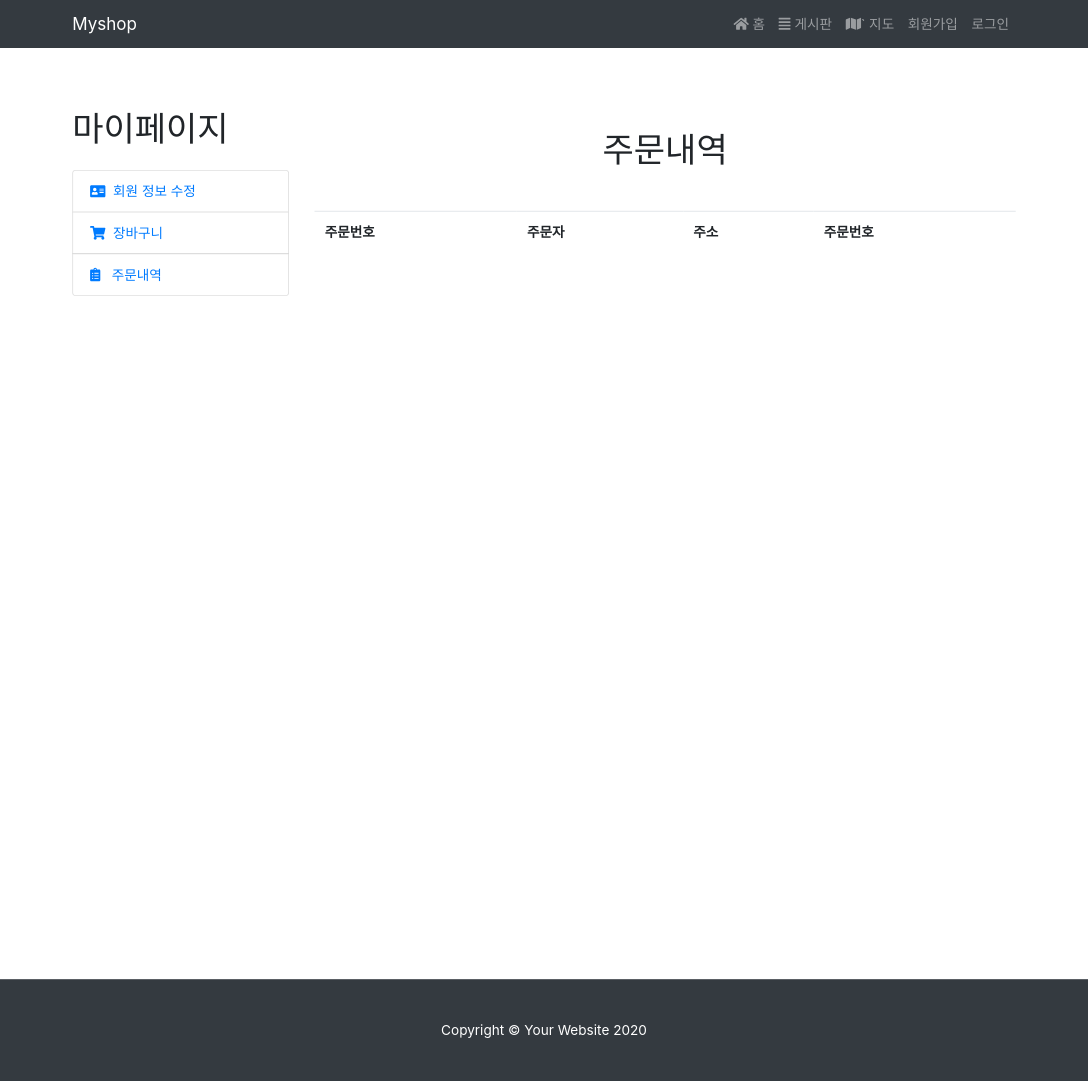
Repository: KimBiYam/ShoppingMallProject
Page: http://localhost/MyShop/WEB-INF/views/product/orderlist.jsp
These files come from the project's save history. The page is drawn as it stood at one moment and after the next save; the edit follows.
The browser window is 1280 px wide. The pictures show the whole page, at 85% of full size.
Some web libraries are served in a nearby version. The page is served by Tomcat 9. Nobody is signed in. Other server files are loaded and not shown. The template is opened directly, without the code that normally fills it, so the values that code supplies are empty.

Above is the page before, as saved 2020-04-23 06:21:23.

### MyShop/src/main/webapp/WEB-INF/views/product/orderlist.jsp
<%@ page language="java" contentType="text/html; charset=UTF-8"
	pageEncoding="UTF-8"%>
<%@taglib prefix="c" uri="http://java.sun.com/jsp/jstl/core"%>
<%@taglib prefix="sec" uri="http://www.springframework.org/security/tags"%>
<!DOCTYPE html>
<html lang="en">
<head>
<meta charset="utf-8">
<meta name="viewport"
	content="width=device-width, initial-scale=1, shrink-to-fit=no">
<meta name="description" content="">
<meta name="author" content="">

<title>주문내역</title>
</head>
<body>
	<jsp:include page="../includes/header.jsp" />
	<jsp:include page="../includes/usersidebar.jsp" />
	<div class="col-lg-9">
		<h1 class="my-5 text-center">주문내역</h1>
		<table class="table">
			<tr>
				<th>주문번호</th>
				<th>주문자</th>
				<th>주소</th>
				<th>주문번호</th>
			</tr>
		</table>
	</div>
	<!-- /.col-lg-9 -->
	</div>
	<!-- /.row -->
	</div>
	<!-- /.container -->
	<jsp:include page="../includes/footer.jsp"></jsp:include>

<script type="text/javascript">
</script>
</body>

</html>

### MyShop/src/main/webapp/WEB-INF/views/includes/header.jsp
<%@ page language="java" contentType="text/html; charset=UTF-8"
	pageEncoding="UTF-8"%>
<%@taglib prefix="sec"
	uri="http://www.springframework.org/security/tags"%>
<%@taglib prefix="c" uri="http://java.sun.com/jsp/jstl/core"%>
<!DOCTYPE html>
<!-- Bootstrap core CSS -->
<link href="/myshop/resources/vendor/bootstrap/css/bootstrap.min.css"
	rel="stylesheet">
<!-- Custom styles for this template -->
<link href="/myshop/resources/css/shop-homepage.css" rel="stylesheet">
<!-- Bootstrap core JavaScript -->
<script src="/myshop/resources/vendor/jquery/jquery.min.js"></script>
<script
	src="/myshop/resources/vendor/bootstrap/js/bootstrap.bundle.min.js"></script>
<script
	src="https://t1.daumcdn.net/mapjsapi/bundle/postcode/prod/postcode.v2.js"></script>
<script src="/myshop/resources/js/member.js"></script>
<script
	src="https://cdnjs.cloudflare.com/ajax/libs/font-awesome/5.11.2/js/all.min.js"
	crossorigin="anonymous"></script>

<!-- Navigation -->
<nav class="navbar navbar-expand-lg navbar-dark bg-dark fixed-top">
	<div class="container">
		<a class="navbar-brand" href="/myshop">Myshop</a>
		<button class="navbar-toggler" type="button" data-toggle="collapse"
			data-target="#navbarResponsive" aria-controls="navbarResponsive"
			aria-expanded="false" aria-label="Toggle navigation">
			<span class="navbar-toggler-icon"></span>
		</button>
		<div class="collapse navbar-collapse" id="navbarResponsive">
			<ul class="navbar-nav ml-auto">
				<li class="nav-item"><a class="nav-link" href="/myshop"><i
						class="fas fa-home"></i> 홈 </a></li>
				<li class="nav-item"><a class="nav-link"
					href="/myshop/board/list"><i class="fas fa-align-justify"></i>
						게시판</a></li>
				<li class="nav-item"><a class="nav-link" href="/myshop/map"><i
						class="fa fa-map"></i>` 지도</a></li>
				<sec:authorize access="isAnonymous()">
					<li class="nav-item"><a class="nav-link"
						href="javascript:join()">회원가입</a></li>
					<li class="nav-item"><a class="nav-link"
						href="javascript:login()">로그인</a></li>
				</sec:authorize>
				<sec:authorize access="isAuthenticated()">
					<sec:authorize access='hasRole("ROLE_USER")'>
						<li class="nav-item"><a class="nav-link"
							href="/myshop/user/update"><i class="far fa-address-book"></i>
								마이 페이지</a></li>
						<li class="nav-item"><a
							href="/myshop/product/cart?userid=<sec:authentication property="principal.username"/>"
							class="nav-link"><i class="fas fa-shopping-cart"></i> 장바구니</a></li>
						<li class="nav-item"><a class="nav-link"
							href="/myshop/product/order/list?userid=<sec:authentication property="principal.username"/>"><i
								class="fas fa-clipboard-list"></i> 주문 내역</a></li>
					</sec:authorize>
					<sec:authorize access='hasRole("ROLE_ADMIN")'>
						<li class="nav-item"><a class="nav-link"
							href="/myshop/admin/list"><i class="fas fa-address-card"></i>
								회원 관리</a></li>
						<li class="nav-item"><a class="nav-link"
							href="/myshop/product/category/list"><i class="fas fa-tags"></i>
								카테고리 관리</a></li>
						<li class="nav-item"><a class="nav-link"
							href="/myshop/product/order/admin/list"><i
								class="fas fa-clipboard-list"></i> 주문 관리</a></li>
						<li class="nav-item"><a class="nav-link"
							href="/myshop/product/register"><i
								class="fas fa-balance-scale"></i> 상품 등록</a></li>
					</sec:authorize>
					<li class="nav-item">
						<form id="logoutForm" action="/myshop/logout" method="post">
							<input type="hidden" name="${_csrf.parameterName }"
								value="${_csrf.token }">
						</form> <a class="nav-link" href="javascript:logout()">로그아웃</a>
					</li>
				</sec:authorize>
			</ul>
		</div>
	</div>
</nav>
<!-- #joinModal -->
<div class="modal fade" id="joinModal" tabindex="-1" role="dialog"
	aria-labelledby="myModalLabel" aria-hidden="true">
	<div class="modal-dialog">
		<div class="modal-content">
			<div
				class="modal-header justify-content-center font-weight-light my-4">
				<h3 class="modal-title" id="myModalLabel">회원가입</h3>
			</div>
			<div class="modal-body">
				<form id="joinForm" action="/myshop/user/join" method="post">
					<input type="hidden" name="${_csrf.parameterName }"
						value="${_csrf.token }"> <input type="hidden" name="addr"
						id="addr"> <input type="hidden" name="idcheck"
						id="idcheck" value="0">
					<div class="form-group">
						<label class="small mb-1" for="joinid">ID</label>
						<div class="input-group">
							<input class="form-control input-group-prepend joinInput"
								name="userid" id="joinid" type="text" placeholder="아이디를 입력하세요" />
							<button type="button" id="idcheckBtn"
								class="btn btn-outline-info input-group-append">중복체크</button>
						</div>
					</div>
					<div class="form-group">
						<label class="small mb-1" for="joinpw">Password</label> <input
							class="form-control joinInput" name="userpw" id="joinpw"
							type="password" placeholder="패스워드를 입력하세요" />
					</div>
					<div class="form-group">
						<label class="small mb-1" for="userpw">Password 확인</label> <input
							class="form-control joinInput" id="pwdcheck" type="password"
							placeholder="패스워드를 입력하세요" />
					</div>
					<div class="form-group">
						<label class="small mb-1" for="username">이름</label> <input
							class="form-control joinInput" name="username" id="username"
							type="text" placeholder="이름을 입력하세요" />
					</div>
					<div class="form-group">
						<label class="small mb-1" for="tel">휴대전화</label> <input
							class="form-control joinInput" name="tel" id="tel" type="tel"
							maxlength="13" placeholder="전화번호를 입력하세요" />
					</div>
					<div class="form-group">
						<label class="small mb-1" for="email">이메일</label> <input
							class="form-control joinInput" name="email" id="email"
							type="email" placeholder="이메일을 입력하세요" />
					</div>
					<div class="form-group">
						<label class="small mb-1">우편번호</label> <input
							class="form-control joinInput" style="width: 30%" type="text"
							name="zipcode" id="zipcode" readonly="readonly">
					</div>
					<div class="form-group">
						<label class="small mb-1">주소</label>
						<div class="input-group">
							<input class="form-control input-group-prepend joinInput"
								type="text" id="addrView" readonly="readonly">
							<button type="button" id="addrBtn"
								class="btn btn-outline-primary input-group-apeend">주소
								검색</button>
						</div>
					</div>
					<div class="form-group">
						<label class="small mb-1" for="addrDetail">상세주소</label> <input
							class="form-control joinInput" name="addrDetail" id="addrDetail"
							type="text" placeholder="상세주소를 입력하세요" />
					</div>
					<div class="form-group">
						<label class="small mb-1" for="role">관리자 코드</label> <input
							class="form-control joinInput" name="admincode" id="admincode"
							type="text" placeholder="관리자가 되려면 코드를 입력하세요" />
					</div>
					<div class="form-group mt-4 mb-0">
						<button type="button" class="btn btn-primary float-right"
							id="joinBtn">회원가입</button>
					</div>
				</form>
			</div>
		</div>
		<!-- /.modal-content -->
	</div>
	<!-- /.modal-dialog -->
</div>
<!-- /#joinModal -->
<!-- #loginModal -->
<div class="modal fade" id="loginModal" tabindex="-1" role="dialog"
	aria-labelledby="myModalLabel" aria-hidden="true">
	<div class="modal-dialog">
		<div class="modal-content">
			<div
				class="modal-header justify-content-center font-weight-light my-4">
				<h3 class="modal-title" id="myModalLabel">로그인</h3>
			</div>
			<div class="modal-body">
				<form id="loginForm" action="/myshop/login" method="post">
					<input type="hidden" name="${_csrf.parameterName }"
						value="${_csrf.token }">
					<div class="form-group">
						<label class="small mb-1" for="userid">ID</label>
						<div class="input-group">
							<input class="form-control input-group-prepend" name="username"
								id="loginid" type="text" placeholder="아이디를 입력하세요" />
						</div>
					</div>
					<div class="form-group">
						<label class="small mb-1" for="userpw">Password</label> <input
							class="form-control" name="password" id="loginpw" type="password"
							placeholder="패스워드를 입력하세요" />
					</div>
					<div class="form-group">
						<div class="custom-control custom-checkbox">
							<input class="custom-control-input" name="remember-me"
								id="remember-me" type="checkbox" /> <label
								class="custom-control-label" for="remember-me">자동 로그인</label>
						</div>
					</div>
					<div class="form-group mt-4 mb-0">
						<button type="button" class="btn btn-primary float-right" id="loginBtn">로그인</button>
					</div>
				</form>
				<!-- 네이버 로그인 창 -->
				<div id="naver_id_login float-left" style="text-align: center">
					<a class="float-left" href="${url }"> <img width="223" src="/myshop/resources/img/login.PNG" /></a>
				</div>
			</div>
		</div>
		<!-- /.modal-content -->
	</div>
	<!-- /.modal-dialog -->
</div>
<!-- /#loginModal -->

### MyShop/src/main/webapp/WEB-INF/views/includes/usersidebar.jsp
<%@ page language="java" contentType="text/html; charset=UTF-8"
    pageEncoding="UTF-8"%>
<%@taglib prefix="sec" uri="http://www.springframework.org/security/tags" %>
  <!-- Page Content -->
  <div class="container my-5" style="min-height: 1000px">
    <div class="row">
      <div class="col-lg-3">
        <h1 class="my-4">마이페이지</h1>
        <div class="list-group">
          <a href="/myshop/user/update" class="list-group-item"><i class="fas fa-address-card"></i>&nbsp;&nbsp;회원 정보 수정</a>
          <a href="/myshop/product/cart?userid=<sec:authentication property="principal.username"/>" class="list-group-item"><i class="fas fa-shopping-cart"></i>&nbsp;&nbsp;장바구니</a>
          <a href="/myshop/product/order/list?userid=<sec:authentication property="principal.username"/>" class="list-group-item"><i class="fas fa-clipboard-list"></i>&nbsp;&nbsp;&nbsp;주문내역</a>
        </div>
      </div>
      <!-- /.col-lg-3 -->

### MyShop/src/main/webapp/WEB-INF/views/includes/footer.jsp
<%@ page language="java" contentType="text/html; charset=UTF-8"
    pageEncoding="UTF-8"%>
<!DOCTYPE html>
  <!-- Footer -->
  <footer class="py-5 bg-dark">
    <div class="container">
      <p class="m-0 text-center text-white">Copyright &copy; Your Website 2020</p>
    </div>
    <!-- /.container -->
  </footer>

### MyShop/src/main/webapp/resources/js/member.js
//회원가입 폼
function join() {
	$(".joinInput").val("");
	$("#joinModal").modal("show");
	$("#joinid").removeAttr("readonly");
	$("#idcheck").val("0");
}
//로그인 폼
function login() {
	$("#loginid").val("");
	$("#loginpw").val("");
	$("#loginModal").modal("show");
}
//로그아웃 버튼
function logout(){
	alert("로그아웃 되었습니다");
	$("#logoutForm").submit();
}

$(function() {
//	이메일 정규식
var regemail=/^[-A-Za-z0-9_]+[-A-Za-z0-9_.]*[@]{1}[-A-Za-z0-9_]+[-A-Za-z0-9_.]*[.]{1}[A-Za-z]{1,5}$/;
var regtel = /^(01[016789]{1}|02|0[3-9]{1}[0-9]{1})-?[0-9]{3,4}-?[0-9]{4}$/;

//	아이디 한글 입력 방지
	$("#joinid").on("blur keyup",function(){
		$(this).val($(this).val().replace(/[ㄱ-ㅎ|ㅏ-ㅣ|가-힣]/g,''));
	})
	$("#loginid").on("blur keyup",function(){
		$(this).val($(this).val().replace(/[ㄱ-ㅎ|ㅏ-ㅣ|가-힣]/g,''));
	})
//	전화번호 자동 하이픈
	$('#tel').keydown(function(event) {
	    var key = event.charCode || event.keyCode || 0;
	    $text = $(this);
	    if (key !== 8 && key !== 9) {
	        if ($text.val().length === 3) {
	            $text.val($text.val() + '-');
	        }
	        if ($text.val().length === 8) {
	            $text.val($text.val() + '-');
	        }
	    }

	    return (key == 8 || key == 9 || key == 46 || (key >= 48 && key <= 57) || (key >= 96 && key <= 105));
	});

//	이름 한글만 입력
	$("#username").on("blur keyup",function(){
		$(this).val($(this).val().replace(/[a-z0-9]|[ \[\]{}()<>?|`~!@#$%^&*-_+=,.;:\"'\\]/g,''));
	})

	// 회원가입
	$("#joinBtn").on("click", function() {
		if ($("#joinnid").val() == "") {
			alert("아이디를 입력하세요");
			$("#joinnid").focus();
			return false;
		}
		if ($("#joinpw").val() == "") {
			alert("패스워드를 입력하세요");
			$("#joinpw").focus();
			return false;
		}
		if ($("#pwdcheck").val() == "") {
			alert("패스워드 확인을 입력하세요");
			$("#pwdcheck").focus();
			return false;
		}
		if ($("#username").val() == "") {
			alert("이름을 입력하세요");
			$("#username").focus();
			return false;
		}
		if ($("#tel").val() == "") {
			alert("전화번호를 입력하세요");
			$("#tel").focus();
			return false;
		}
		if ($("#email").val() == "") {
			alert("이메일을 입력하세요");
			$("#email").focus();
			return false;
		}
		if ($("#addrView").val() == "") {
			alert("주소를 검색하세요");
			return false;
		}
		if ($("#addrDetail").val() == "") {
			alert("상세주소를 입력하세요");
			$("#addrDetail").focus();
			return false;
		}

		if ($("#idcheck").val() == "0") {
			alert("아이디 중복체크를 하세요");
			return false;
		}
		if ($("#joinpw").val() != $("#pwdcheck").val()) {
			alert("패스워드가 틀렸습니다");
			$("#joinpw").val("");
			$("#pwdcheck").val("");
			$("#joinpw").focus();
			return false;
		}
		if(!regtel.exec($("#tel").val())){
			alert("전화번호 양식이 틀렸습니다");
			$("#tel").val("");
			$("#tel").focus();
			return false;
		}
		if(!regemail.exec($("#email").val())){
			alert("이메일 양식이 틀렸습니다");
			$("#email").val("");
			$("#email").focus();
			return false;
		}

		var addr = $("#addrView").val() + " " + $("#addrDetail").val();
		$("#addr").val(addr);

		$("#joinForm").submit();
		alert("회원가입이 완료 되었습니다!");
	});

	$("#idcheckBtn").click(function() {
		if ($("#joinid").val() == "") {
			alert("ID를 입력해주세요");
			$("#registerid").focus();
			return false;
		}
		if ($("#idcheck").val() == "1") {
			$("#joinid").removeAttr("readonly");
			$("#joinid").val("");
			$("#idcheck").val("0");
			return false;
		}
		$.get("/myshop/user/idcheck", {
			"userid" : $("#joinid").val()
		}, function(data) {
			if (data == "no"){
				alert("이미 가입된 아이디 입니다");
				$("#joinid").val("");
				$("#joinid").focus();
			}
			if (data == "yes") {
				alert("사용 가능한 아이디 입니다");
				$("#joinid").attr("readonly", "readonly");
				$("#idcheck").val("1");
			}


		})
	});

	// 카카오 주소 API 팝업
	$("#addrBtn").on(
			"click",
			function() {
				new daum.Postcode(
						{
							oncomplete : function(data) {
								// 팝업에서 검색결과 항목을 클릭했을때 실행할 코드를 작성하는 부분.

								// 각 주소의 노출 규칙에 따라 주소를 조합한다.
								// 내려오는 변수가 값이 없는 경우엔 공백('')값을 가지므로, 이를 참고하여 분기
								// 한다.
								var addr = ''; // 주소 변수
								var extraAddr = ''; // 참고항목 변수

								// 사용자가 선택한 주소 타입에 따라 해당 주소 값을 가져온다.
								if (data.userSelectedType === 'R') { // 사용자가
																		// 도로명
																		// 주소를
																		// 선택했을
																		// 경우
									addr = data.roadAddress;
								} else { // 사용자가 지번 주소를 선택했을 경우(J)
									addr = data.jibunAddress;
								}

								// 사용자가 선택한 주소가 도로명 타입일때 참고항목을 조합한다.
								if (data.userSelectedType === 'R') {
									// 법정동명이 있을 경우 추가한다. (법정리는 제외)
									// 법정동의 경우 마지막 문자가 "동/로/가"로 끝난다.
									if (data.bname !== ''
											&& /[동|로|가]$/g.test(data.bname)) {
										extraAddr += data.bname;
									}
									// 건물명이 있고, 공동주택일 경우 추가한다.
									if (data.buildingName !== ''
											&& data.apartment === 'Y') {
										extraAddr += (extraAddr !== '' ? ', '
												+ data.buildingName
												: data.buildingName);
									}
									// 표시할 참고항목이 있을 경우, 괄호까지 추가한 최종 문자열을 만든다.
									if (extraAddr !== '') {
										extraAddr = ' (' + extraAddr + ')';
									}
									// 조합된 참고항목을 해당 필드에 넣는다.
									// document.getElementById("sample6_extraAddress").value
									// = extraAddr;

								} else {
									// document.getElementById("sample6_extraAddress").value
									// = '';
								}

								// 우편번호와 주소 정보를 해당 필드에 넣는다.
								$("#zipcode").val(data.zonecode);
								$("#addrView").val(addr);
								// 커서를 상세주소 필드로 이동한다.
								$("#addrDetail").focus();
							}
						}).open();
			});

	// 로그인
	$("#loginBtn").on("click", function() {
		if ($("#loginid").val() == "") {
			alert("아이디를 입력하세요");
			$("#loginid").focus();
			return false;
		}
		if ($("#loginpw").val() == "") {
			alert("패스워드를 입력하세요");
			$("#loginpw").focus();
			return false;
		}
		$("#loginForm").submit();
	});

})

Loaded but not shown: MyShop/src/main/webapp/resources/css/shop-homepage.css (common file)

After the next save:
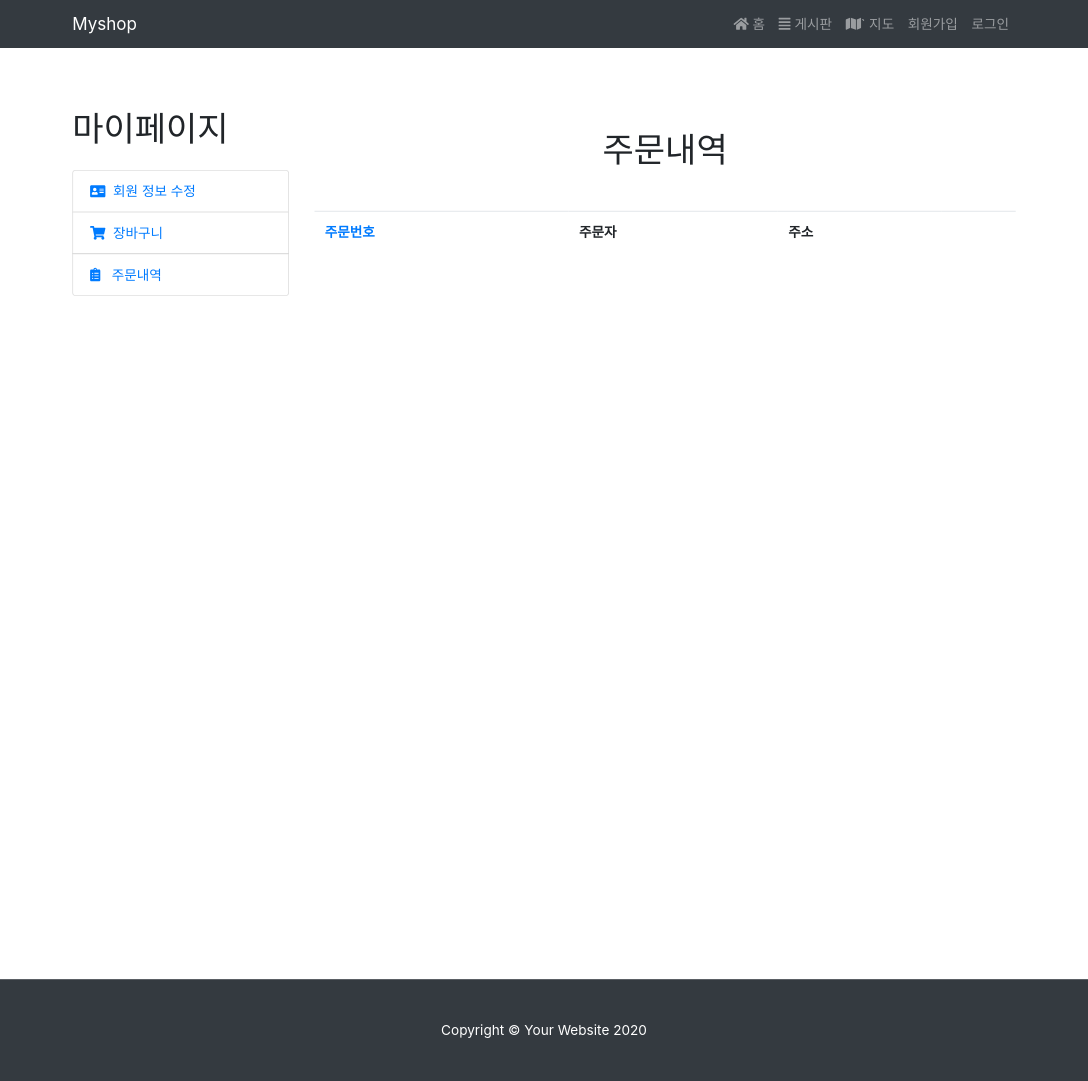
Saved 9 s later.
--- a/MyShop/src/main/webapp/WEB-INF/views/product/orderlist.jsp
+++ b/MyShop/src/main/webapp/WEB-INF/views/product/orderlist.jsp
@@ -20,10 +20,10 @@
 		<h1 class="my-5 text-center">주문내역</h1>
 		<table class="table">
 			<tr>
-				<th>주문번호</th>
+				<th><a href="#">주문번호</a></th>
 				<th>주문자</th>
 				<th>주소</th>
-				<th>주문번호</th>
+				<th></th>
 			</tr>
 		</table>
 	</div>
